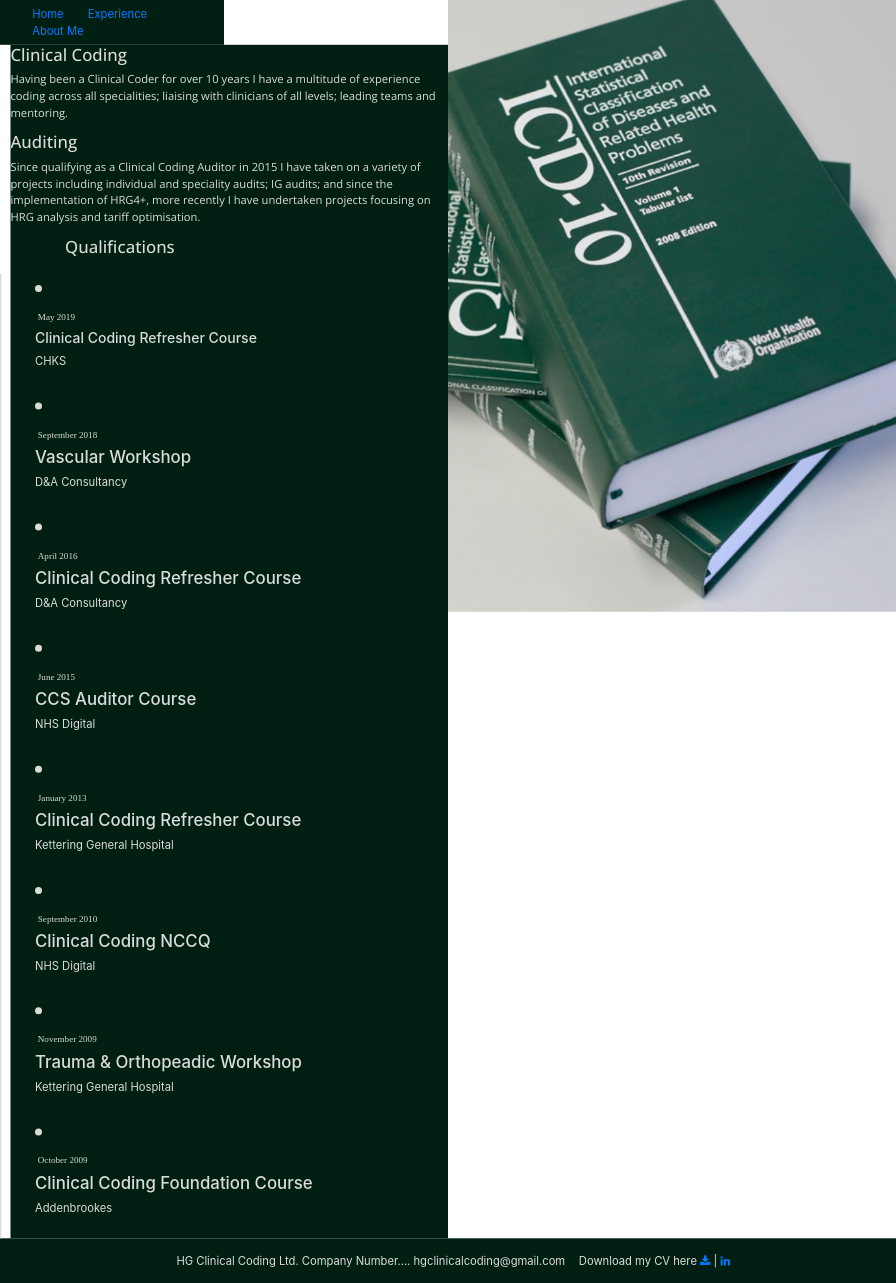
Repository: Code-Institute-Submissions/fsd-ms-project1-resume
Page: resume.html
The author's editor kept a record of every edit. The page is drawn from the files as they stood at one moment, then again after the next edit.
The browser window is 1280 px wide. The pictures show the whole page, at 70% of full size.
Some web fonts or font styles are not loaded; a fallback is used.

Above is the page before.

After the next edit:
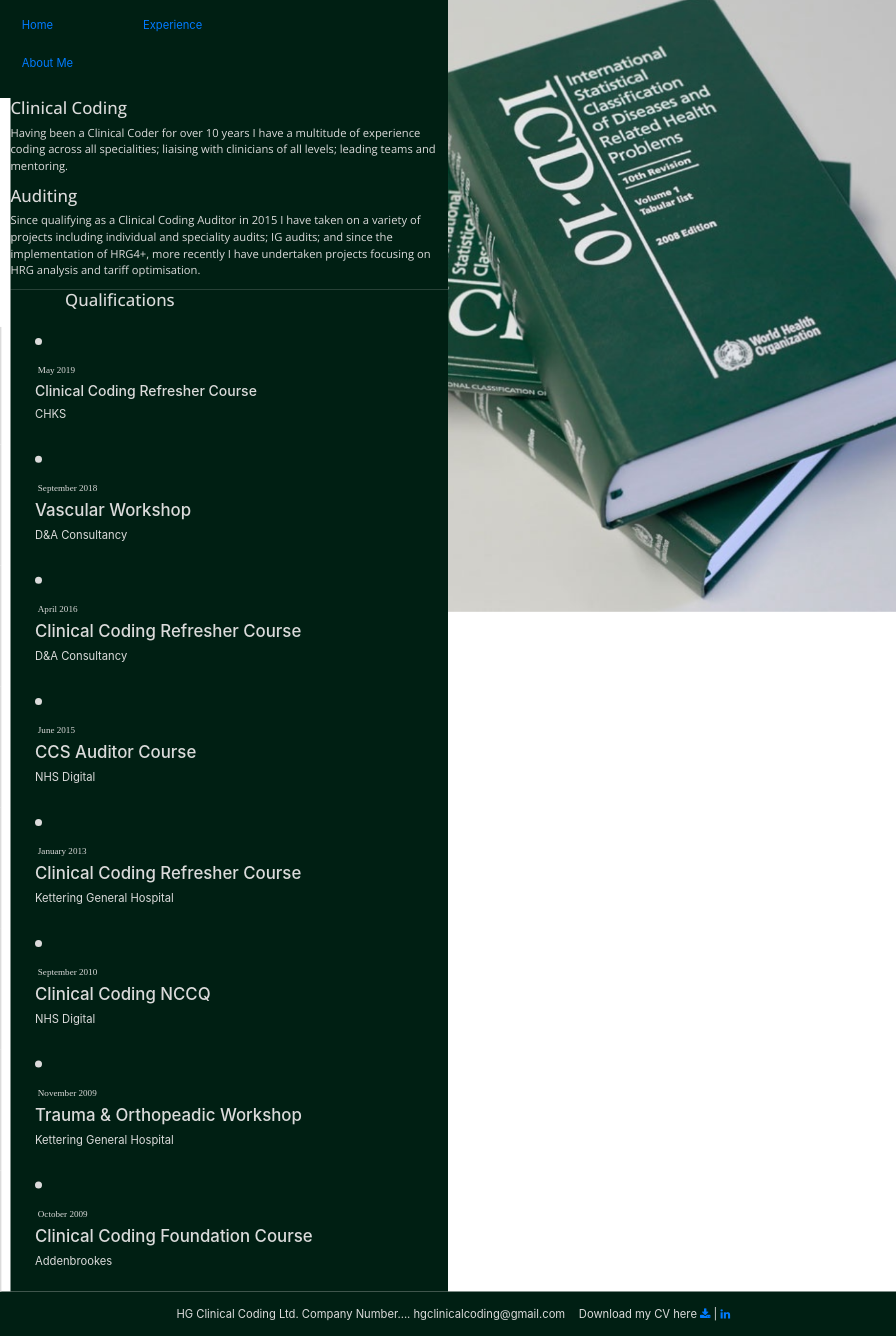
The edit:
--- a/resume.html
+++ b/resume.html
@@ -15,36 +15,37 @@
 <body>
     <img src="assets/images/icd.jpg" class="image col-md-6 bg-color no gutters" align="right"></img>
     <header>
-        <div class="row">
-            <div class="col-md-6 no-gutters bg-color">
-                <div class="navbar">
-                    <ul class="menu-content">
-                        <li><a href="index.html">Home</a></li>
-                        <li><a href="resume.html">Experience</a></li>
-                        <li><a href="about.hmtl">About Me</a></li>
-                    </ul>
-                </div>
+        <div class="row no-gutters bg-color">
+            <div class="col-md-6">
+                <ul class="navbar">
+                    <li><a href="index.html">Home</a></li>
+                    <li><a href="resume.html">Experience</a></li>
+                    <li><a href="about.hmtl">About Me</a></li>
+                </ul>
+
             </div>
         </div>
     </header>
 
     <section class="container-fluid">
         <div class="col-md-6 bg-color">
-                <div class="row">
-                    <div class="col-12">
-            </div>
-            <div>
-                <h4 class="coding">Clinical Coding</h4>
-                <p class="coding">
-                    Having been a Clinical Coder for over 10 years I have a multitude of experience coding across all specialities; liaising with clinicians of all levels; leading teams and mentoring. </p>
-            </div>
-            <div>
-                <h4 class="audit">Auditing</h4>
-                <p class="audit">
-                    Since qualifying as a Clinical Coding Auditor in 2015 I have taken on a variety of projects including individual and speciality audits; IG audits; and since the implementation of HRG4+, more recently I have undertaken projects focusing on HRG analysis and tariff optimisation.</p>
+            <div class="row">
+                <div class="col-12">
+                </div>
+                <div>
+                    <h4 class="coding">Clinical Coding</h4>
+                    <p class="coding">
+                        Having been a Clinical Coder for over 10 years I have a multitude of experience coding across all specialities; liaising with clinicians of all levels; leading teams and mentoring. </p>
+                </div>
+                <div>
+                    <h4 class="audit">Auditing</h4>
+                    <p class="audit">
+                        Since qualifying as a Clinical Coding Auditor in 2015 I have taken on a variety of projects including individual and speciality audits; IG audits; and since the implementation of HRG4+, more recently I have undertaken projects focusing on HRG analysis
+                        and tariff optimisation.</p>
+                </div>
             </div>
         </div>
-        <div class="row">
+        <div class="row bg-color">
             <h4 class="qualifications col-6 coding">Qualifications</h4>
             <div class="row">
                 <div class="timeline" data-dates="May 2019">
@@ -75,7 +76,7 @@
                     <h4>Trauma & Orthopeadic Workshop</h4>
                     <p>Kettering General Hospital</p>
                 </div>
-                 <div class="timeline" data-dates="October 2009">
+                <div class="timeline" data-dates="October 2009">
                     <h4>Clinical Coding Foundation Course</h4>
                     <p>Addenbrookes</p>
                 </div>
@@ -86,7 +87,7 @@
 
 
 
-<footer class="container-fluid no gutters">
+    <footer class="container-fluid no gutters">
         <div id="footer-details" class="row">
             <div class="col-sm-12 inline-block">
                 <span class="col-sm-6">HG Clinical Coding Ltd. Company Number.... hgclinicalcoding@gmail.com</span>
